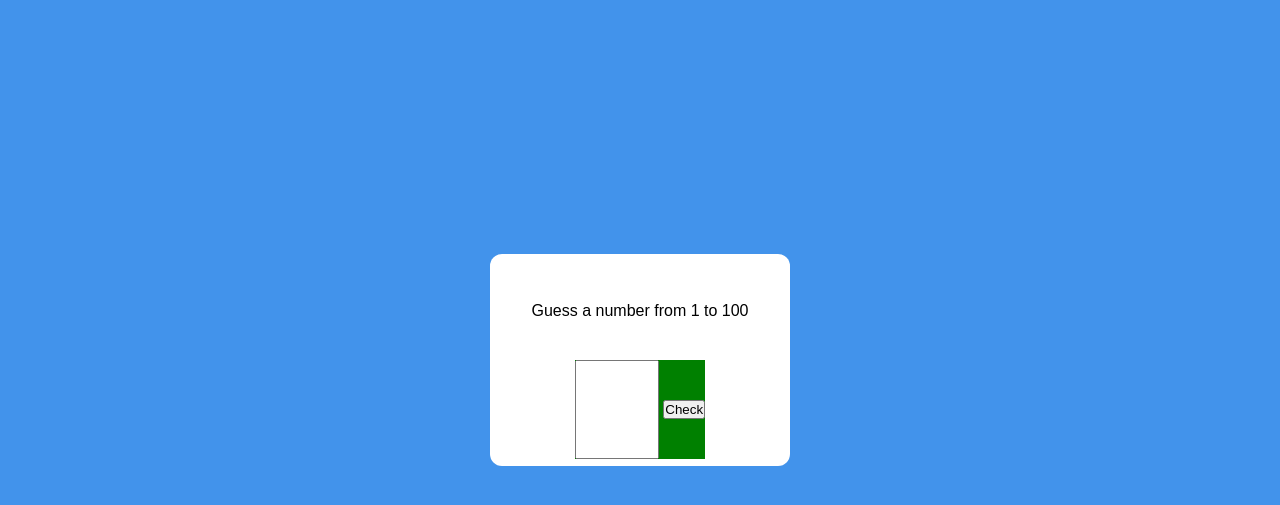
Repository: Ankitkr2021/Guess_Game
Page: index.html
An editor plug-in stored every save of this project. The page is shown before and after the next save, followed by the edit.
The browser window is 1280 px wide. The pictures show the whole page.

Above is the page before, as saved 2025-09-30 17:17:14.

After the next save:
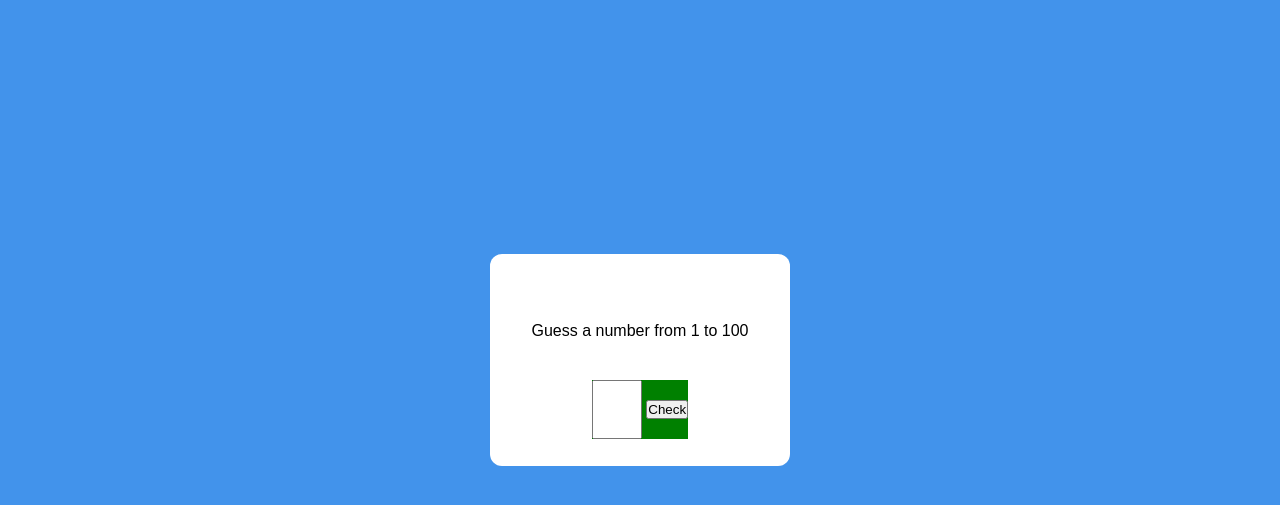
Saved 5 s later.
--- a/style.css
+++ b/style.css
@@ -37,6 +37,6 @@ p{
 }
 
 input{
-    padding: 40px;
+    padding: 20px;
     width: 50px;
 }
